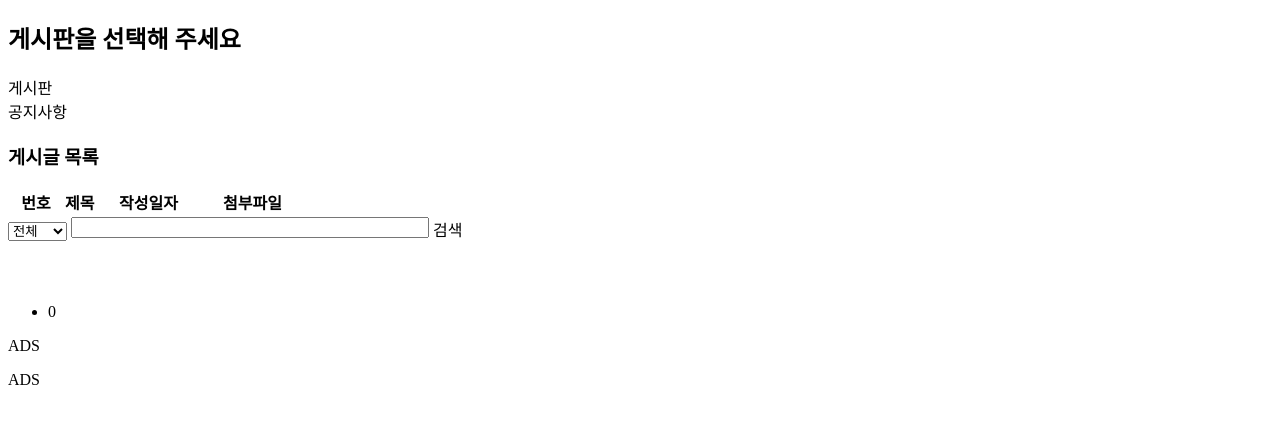
Repository: letzbegin/Study
Page: http://localhost/portfolio/WEB-INF/views/board/list.jsp
These files come from the project's save history. The page is drawn as it stood at one moment and after the next save; the edit follows.
The browser window is 1280 px wide. The pictures show the whole page.
The page is served by Tomcat 9. Nobody is signed in. The template is opened directly, without the code that normally fills it, so the values that code supplies are empty.

Above is the page before, as saved 2018-10-15 04:37:13.

After the next save:
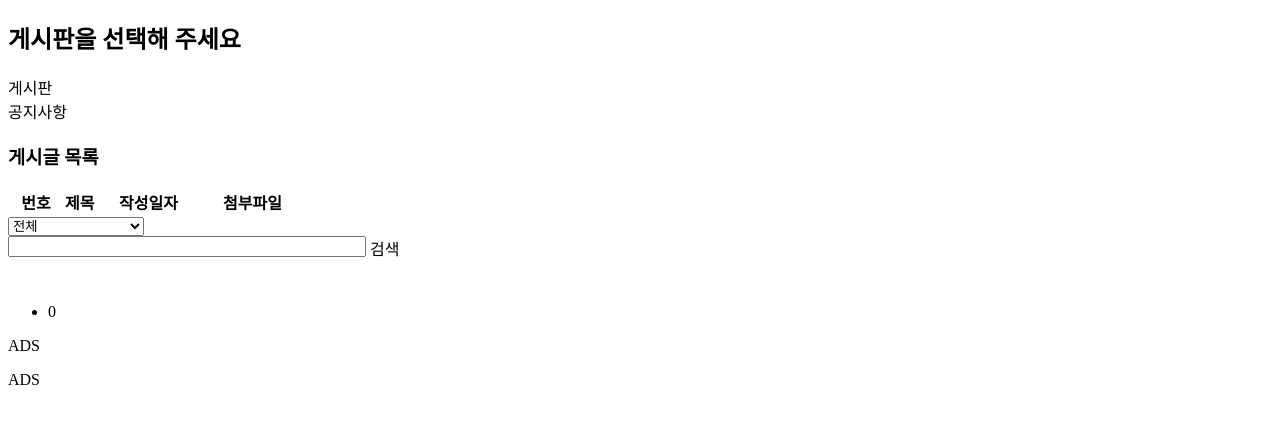
Saved 33 s later.
--- a/pol/portfolio/src/main/webapp/WEB-INF/views/board/list.jsp
+++ b/pol/portfolio/src/main/webapp/WEB-INF/views/board/list.jsp
@@ -45,7 +45,7 @@
 				</table>
 
 				<span style="float: left;">
-						 <select class="form-control" name="search">
+						 <select class="form-control" name="search" style="width: 30%;">
 								<option ${page.search eq 'all' ? 'selected' : '' } value="all">전체</option>
 								<option ${page.search eq 'title' ? 'selected' : '' }
 									value="title">제목</option>

After the save that followed:
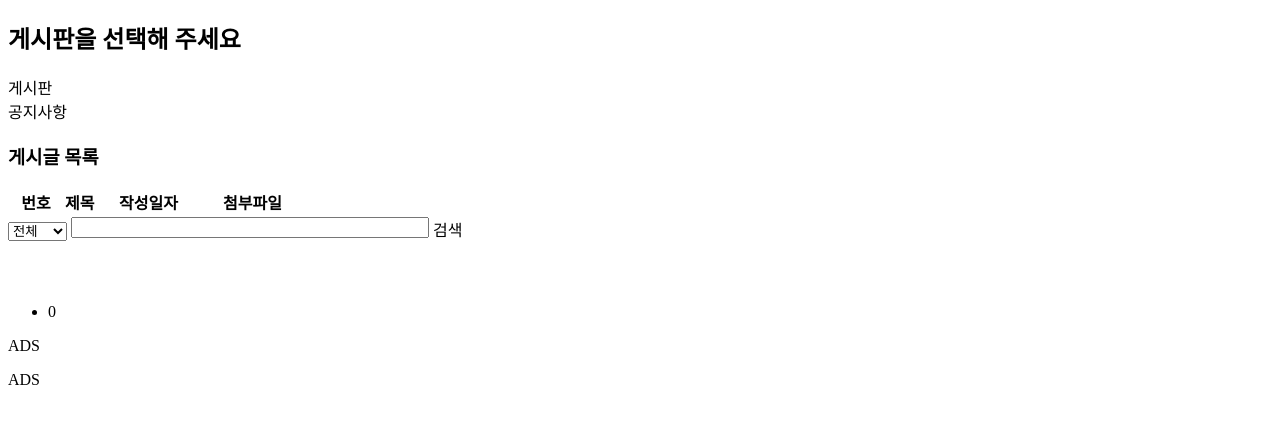
Saved 2 min 46 s later.
--- a/pol/portfolio/src/main/webapp/WEB-INF/views/board/list.jsp
+++ b/pol/portfolio/src/main/webapp/WEB-INF/views/board/list.jsp
@@ -45,7 +45,7 @@
 				</table>
 
 				<span style="float: left;">
-						 <select class="form-control" name="search" style="width: 30%;">
+						 <select name="search">
 								<option ${page.search eq 'all' ? 'selected' : '' } value="all">전체</option>
 								<option ${page.search eq 'title' ? 'selected' : '' }
 									value="title">제목</option>
@@ -55,13 +55,13 @@
 									value="writer">작성자</option>
 						</select> <input type="text" name="keyword" value="${page.keyword }"
 							style="width: 350px; vertical-align: top;" /> <a
-							class="btn btn-success btn-sm" onclick="$('form').submit()">검색</a>
+							class="btn-fill" onclick="$('form').submit()">검색</a>
 						</span>
 						<form method="post" action="list.bo" id="list">
 					<p id="list-top">
 
 						<c:if test="${!empty login_info }">
-							<a class="btn btn-success btn-sm" style="float: right;"
+							<a class="btn-fill" style="float: right;"
 								onclick="location='new.bo'">글쓰기</a>
 						</c:if>
 
@@ -85,6 +85,12 @@
 		</div>
 	</div>
 
+
+
+
+
+
+
 </body>
 <script type="text/javascript">
 	function go_detail(id) {
